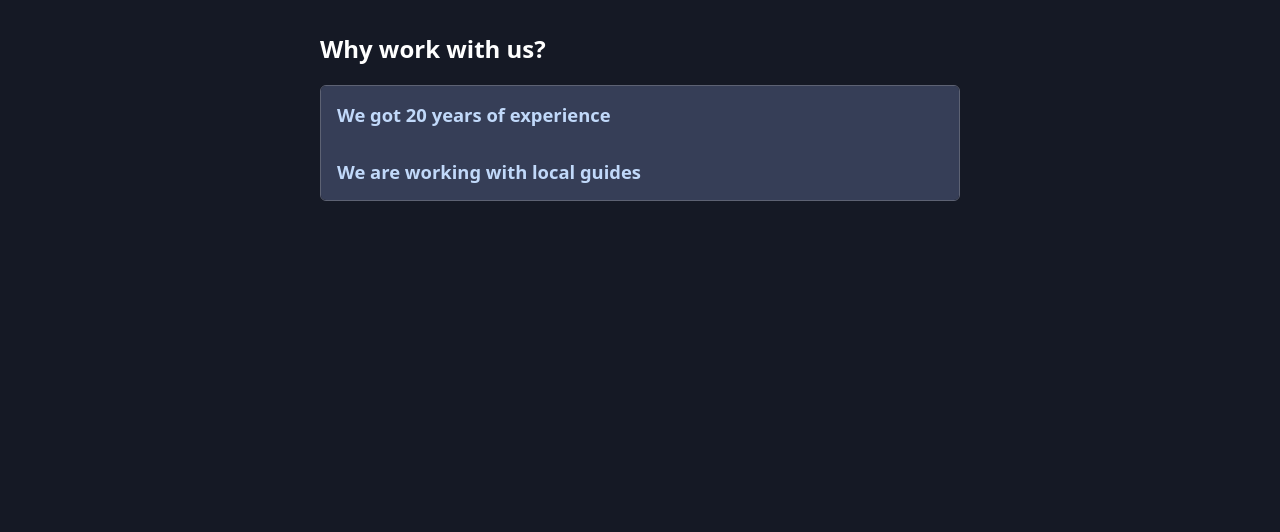
Repository: Snzslt/ReactPattern
Page: /
The author's editor kept a copy of each file at every save. The page is drawn from the files as they stood at one save, then again after the next save.
The browser window is 1280 px wide. The pictures show the whole page.
The project was rebuilt for these pictures with package versions that can differ from the ones it lists, and the page was loaded fresh each time. Also part of the build but not shown: vite.config.js.

Above is the page before, as saved 2024-05-15 13:26:15.

### src/App.jsx

import Accordion from './components/Accordion/Accordion.jsx';

function App() {
  return (
    <main>
      <section>
        <h2>Why work with us?</h2>

        <Accordion className="accordion">
          <Accordion.Item className="accordion-item">
            <Accordion.Title className="accordion-item-title" id="experience">
              We got 20 years of experience
            </Accordion.Title>
            <Accordion.Content
              className="accordion-item-content"
              id="experience"
            >
              <article>
                <p>You can&apos;t go wrong with us.</p>
                <p>
                  We are in the business of planning highly individualized
                  vacation trips for more than 20 years.
                </p>
              </article>
            </Accordion.Content>
          </Accordion.Item>
          <Accordion.Item className="accordion-item">
            <Accordion.Title id="local-guides" className="accordion-item-title">
              We are working with local guides
            </Accordion.Title>
            <Accordion.Content
              id="local-guides"
              className="accordion-item-content"
            >
              <article>
                <p>We are not doing this along from our office.</p>
                <p>
                  Instead, we are working with local guides to ensure a safe and
                  pleasant vacation.
                </p>
              </article>
            </Accordion.Content>
          </Accordion.Item>
        </Accordion>
      </section>
    </main>
  );
}

export default App;

### src/components/Accordion/Accordion.jsx
import { createContext, useContext, useState } from 'react';

import AccordionItem from './AccordionItem.jsx';
import AccordionTitle from './AccordionTitle.jsx';
import AccordionContent from './AccordionContent.jsx';

const AccordionContext = createContext();

export function useAccordionContext() {
  const ctx = useContext(AccordionContext);

  if (!ctx) {
    throw new Error(
      'Accordion-related components must be wrapped by <Accordion>.'
    );
  }

  return ctx;
}

export default function Accordion({ children, className }) {
  const [openItemId, setOpenItemId] = useState();

  function toggleItem(id) {
    setOpenItemId((prevId) => (prevId === id ? null : id));
  }

  const contextValue = {
    openItemId,
    toggleItem,
  };

  return (
    <AccordionContext.Provider value={contextValue}>
      <ul className={className}>{children}</ul>
    </AccordionContext.Provider>
  );
}

Accordion.Item = AccordionItem;
Accordion.Title = AccordionTitle;
Accordion.Content = AccordionContent;

### src/components/Accordion/AccordionItem.jsx
import { createContext, useContext } from 'react';

const AccordionItemContext = createContext();

export function useAccordionItemContext() {
  const ctx = useContext(AccordionItemContext);

  if (!ctx) {
    throw new Error(
      'AccordionItem-related components must be wrapped by <Accordion.Item>.'
    );
  }

  return ctx;
}

export default function AccordionItem({ id, className, children }) {
  return (
    <AccordionItemContext.Provider value={id}>
      <li className={className}>{children}</li>
    </AccordionItemContext.Provider>
  );
}

### src/components/Accordion/AccordionTitle.jsx
import { useAccordionContext } from './Accordion.jsx';

export default function AccordionTitle({ id, className, children }) {
  const { toggleItem } = useAccordionContext();
  return (
    <h3 className={className} onClick={() => toggleItem(id)}>
      {children}
    </h3>
  );
}

### src/components/Accordion/AccordionContent.jsx
import { useAccordionContext } from './Accordion.jsx';

export default function AccordionContent({ id, className, children }) {
  const { openItemId } = useAccordionContext();

  const isOpen = openItemId === id;

  return (
    <div
      className={
        isOpen ? `${className ?? ''} open` : `${className ?? ''} close`
      }
    >
      {children}
    </div>
  );
}

Loaded but not shown: index.html (common file); src/main.jsx (common file); src/index.css (common file)

After the next save:
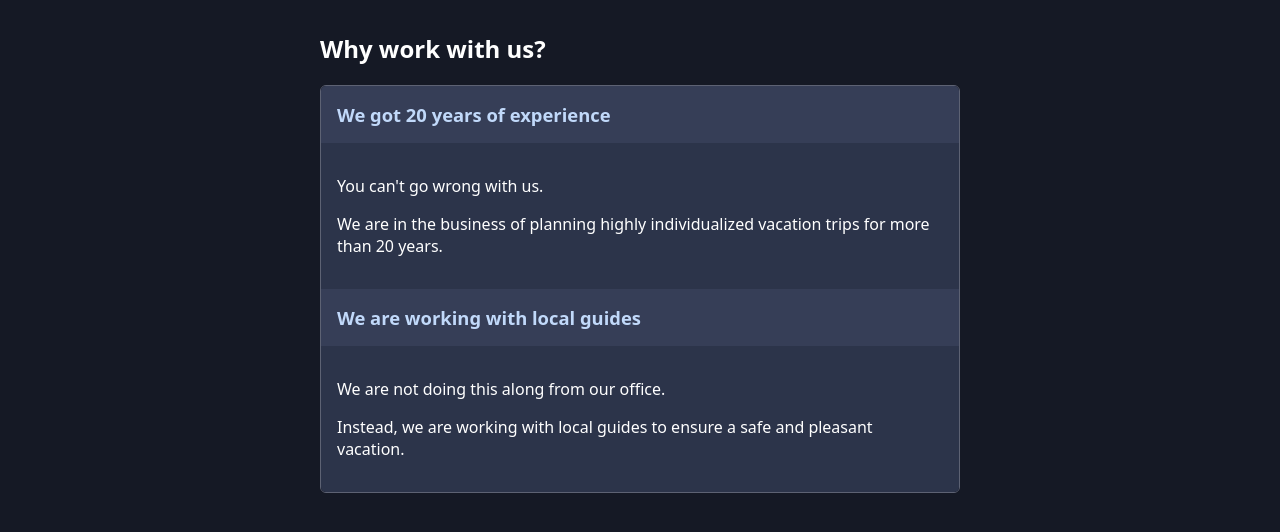
Saved 24 s later.
--- a/src/App.jsx
+++ b/src/App.jsx
@@ -1,4 +1,3 @@
-
 import Accordion from './components/Accordion/Accordion.jsx';
 
 function App() {
@@ -8,14 +7,11 @@ function App() {
         <h2>Why work with us?</h2>
 
         <Accordion className="accordion">
-          <Accordion.Item className="accordion-item">
-            <Accordion.Title className="accordion-item-title" id="experience">
+          <Accordion.Item id="experience" className="accordion-item">
+            <Accordion.Title className="accordion-item-title">
               We got 20 years of experience
             </Accordion.Title>
-            <Accordion.Content
-              className="accordion-item-content"
-              id="experience"
-            >
+            <Accordion.Content className="accordion-item-content">
               <article>
                 <p>You can&apos;t go wrong with us.</p>
                 <p>
@@ -25,14 +21,11 @@ function App() {
               </article>
             </Accordion.Content>
           </Accordion.Item>
-          <Accordion.Item className="accordion-item">
-            <Accordion.Title id="local-guides" className="accordion-item-title">
+          <Accordion.Item id="local-guides" className="accordion-item">
+            <Accordion.Title className="accordion-item-title">
               We are working with local guides
             </Accordion.Title>
-            <Accordion.Content
-              id="local-guides"
-              className="accordion-item-content"
-            >
+            <Accordion.Content className="accordion-item-content">
               <article>
                 <p>We are not doing this along from our office.</p>
                 <p>

After the 2 saves that followed:
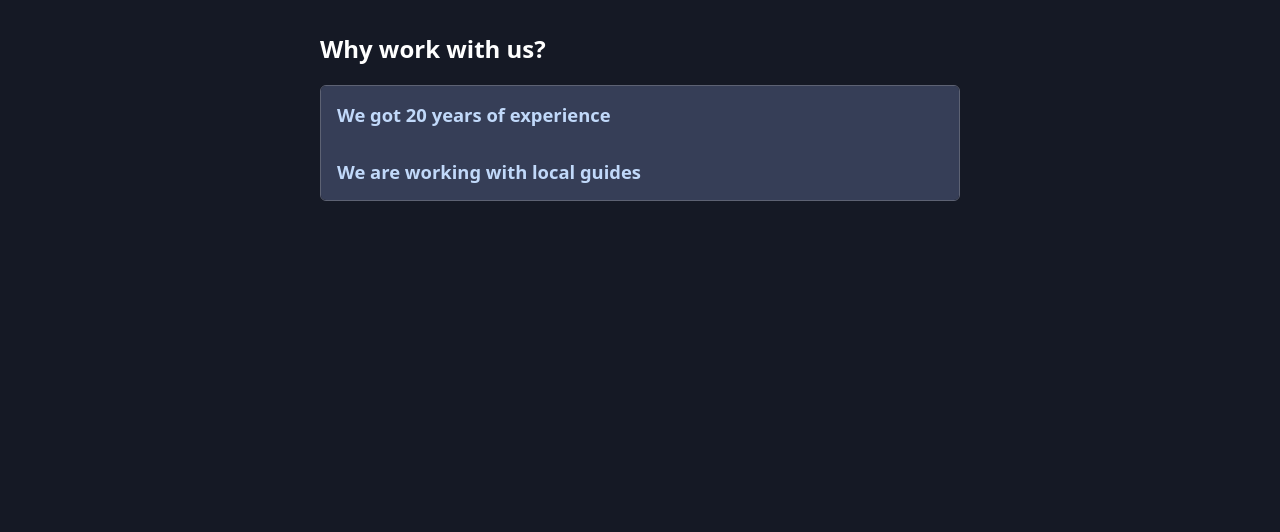
The 2 saves are shown as one change because 1 left the picture as it was.
The last was saved 3 min 42 s later.
--- a/src/components/Accordion/AccordionTitle.jsx
+++ b/src/components/Accordion/AccordionTitle.jsx
@@ -1,7 +1,9 @@
 import { useAccordionContext } from './Accordion.jsx';
+import { useAccordionItemContext } from './AccordionItem.jsx';
 
-export default function AccordionTitle({ id, className, children }) {
+export default function AccordionTitle({ className, children }) {
   const { toggleItem } = useAccordionContext();
+  const id = useAccordionItemContext();
   return (
     <h3 className={className} onClick={() => toggleItem(id)}>
       {children}
--- a/src/components/Accordion/AccordionContent.jsx
+++ b/src/components/Accordion/AccordionContent.jsx
@@ -1,7 +1,9 @@
 import { useAccordionContext } from './Accordion.jsx';
+import { useAccordionItemContext } from './AccordionItem.jsx';
 
-export default function AccordionContent({ id, className, children }) {
+export default function AccordionContent({ className, children }) {
   const { openItemId } = useAccordionContext();
+  const id = useAccordionItemContext();
 
   const isOpen = openItemId === id;
 
